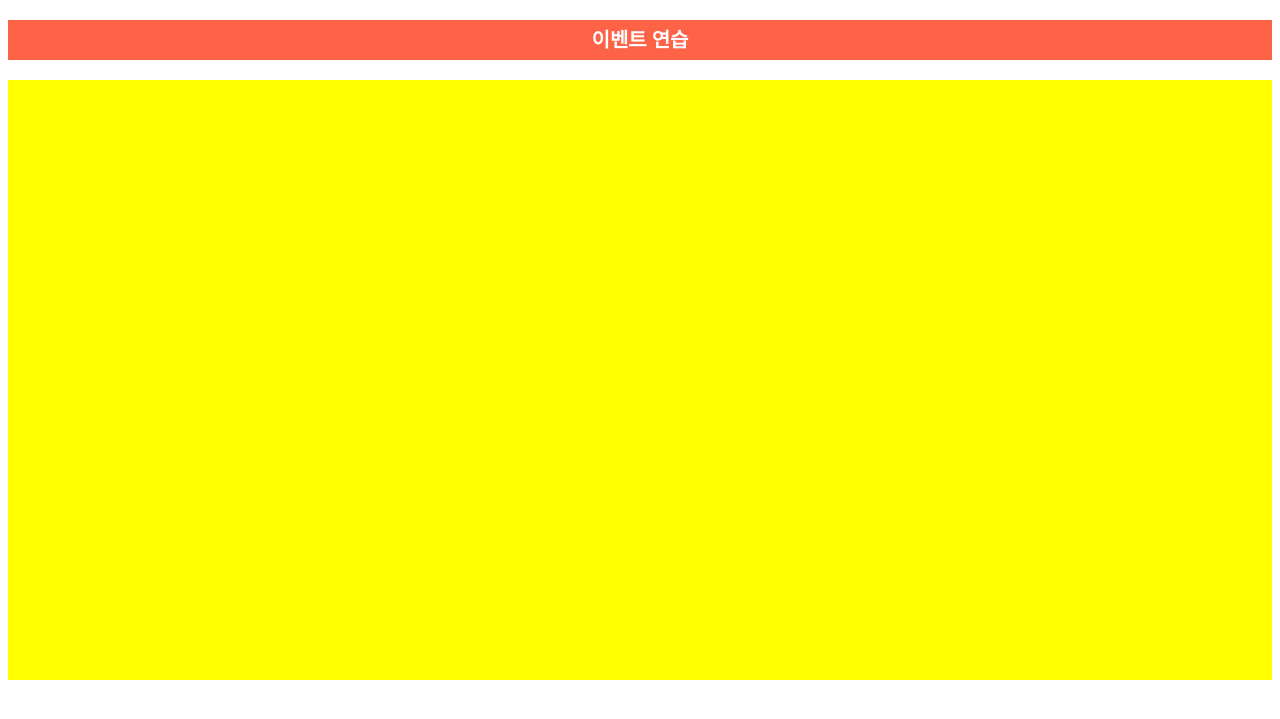
Repository: shouvoo/bitAcademy
Page: work/jsp/06_javascript/WebContent/09_jquery/05_event/test04.html
The author's editor kept a copy of each file at every save. The page is drawn from the files as they stood at one save, then again after the next save.
The browser window is 1280 px wide. The pictures show the whole page.

Above is the page before, as saved 2017-11-27 01:03:24.

### work/jsp/06_javascript/WebContent/09_jquery/05_event/test04.html
<!DOCTYPE html>
<html>
<head>
	<meta charset="utf-8">
	<style>
		p {
			font-size: 20px;
			font-weight: bold;
			height: 40px;
			background: tomato;
			color: white;
			text-align: center;
			line-height: 40px;
		}
		div {
			height: 600px;
			overflow: auto;
			background: yellow;
		}
	</style>
	<script src="../js/jquery-3.2.1.js"></script>
</head>
<body>
    <p>이벤트 연습</p>
    <div></div>
    <script>
		$("p").click(function(){
			$("div").append("클립됨<br>")
		})
    </script>
</body>
</html>

Loaded but not shown: work/jsp/06_javascript/WebContent/09_jquery/js/jquery-3.2.1.js (library)

After the next save:
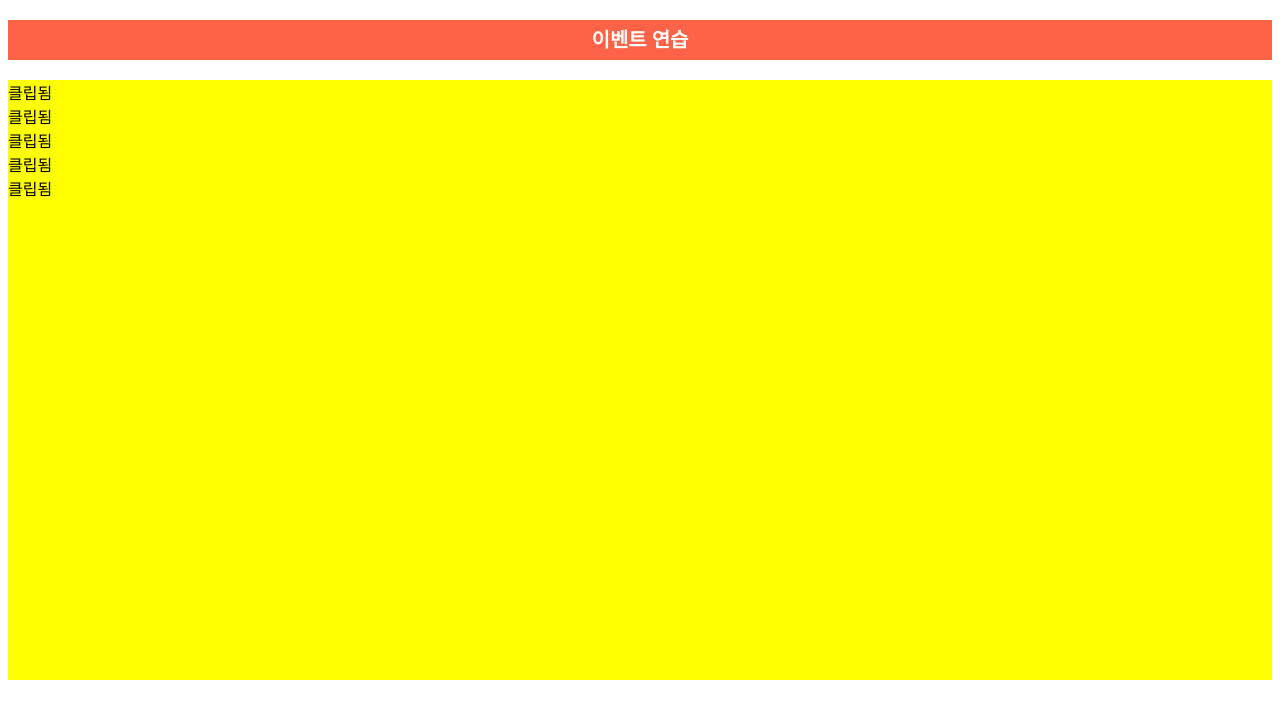
Saved 66 s later.
--- a/work/jsp/06_javascript/WebContent/09_jquery/05_event/test04.html
+++ b/work/jsp/06_javascript/WebContent/09_jquery/05_event/test04.html
@@ -27,6 +27,10 @@
 		$("p").click(function(){
 			$("div").append("클립됨<br>")
 		})
+
+		setInterval(function() {
+			$("p").trigger("click");
+		}, 1000);
     </script>
 </body>
 </html>
